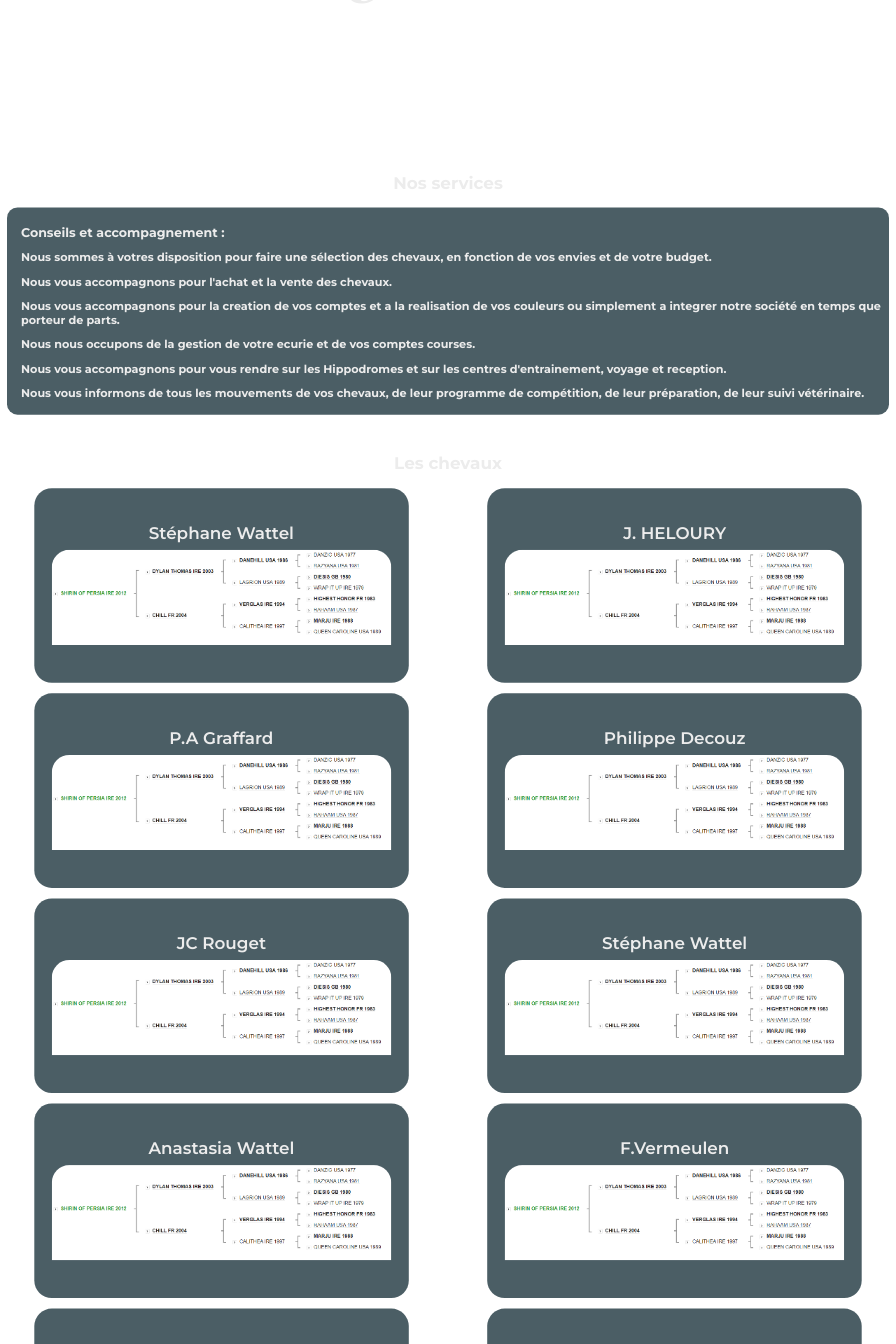
Repository: Vanitti/Site-web
Page: index.html
These files come from the project's save history. The page is drawn as it stood at one moment and after the next save; the edit follows.
The browser window is 1280 px wide. The pictures show the part of the page from y = 389 to 2309 px (the page is 4055 px tall), at 70% of full size.
Pictures or frames that could not be fetched are drawn as grey boxes. Some web libraries are served in a nearby version.

Above is the page before, as saved 2023-06-24 15:19:01.
Not found: app.js

### index.html
<!DOCTYPE html>
<html lang="fr">
<head>
    <meta charset="UTF-8">
    <meta name="viewport" content="width=device-width, initial-scale=1.0">
    <title>F&F Horses</title>
    <link rel="icon" href="images/couleur-t.png">
    <link rel="stylesheet" href="index.css">
    <script src="app.js"></script>
    <script src="https://cdnjs.cloudflare.com/ajax/libs/font-awesome/5.12.0-2/js/all.min.js"></script>
</head>
<body>
    <header class="header">
        <img src="images/couleur-t.png" alt="Logo du site">
        <nav class="nav">
            <li><a href="#accueil" class="transition">Accueil</a></li>
            <li><a href="#services" class="transition">Nos services</a></li>
            <li><a href="#chevaux" class="transition">Nos chevaux</a></li>
            <li><a href="#courses" class="transition">Le monde des courses</a></li>
            <li><a href="#histoire" class="transition">Histoire</a></li>
            <li><a href="#contact" class="transition">Contact</a></li>
            <li><a href="login.html">Se connecter</a></li>
        </nav>
    </header>

    <section  id="accueil">
        <div class="landing-page">
          <video class="video-container" id="background-video" autoplay loop muted><source src="images/video/F&F horses.mp4" type="video/mp4" ></video>
          <h1 class="big-title">F&F Horses</h1>
        </div>
    </section>


<!-- Nos services-->
<h1 id="services" class="section-title" >Nos services</h1>

<div class="s">
<h2 class="section-sous">Conseils et accompagnement :</h2>
<h3 class="texte">Nous sommes à votres disposition pour faire une sélection des chevaux, en fonction de vos envies et de votre budget.</h3>
<h3 class="texte">Nous vous accompagnons pour l'achat et la vente des chevaux.</h3>
<h3 class="texte">Nous vous accompagnons pour la creation de vos comptes et a la realisation de vos couleurs ou simplement a integrer notre société en temps que porteur de parts.</h3>
<h3 class="texte">Nous nous occupons de la gestion de votre ecurie et de vos comptes courses.</h3>
<h3 class="texte">Nous vous accompagnons pour vous rendre sur les Hippodromes et sur les centres d'entrainement, voyage et reception.</h3>
<h3 class="texte">Nous vous informons de tous les mouvements de vos chevaux, de leur programme de compétition, de leur préparation, de leur suivi vétérinaire.</h3>
</div>

<!-- Nos chevaux -->
<h1 id="chevaux" class="section-title" >Les chevaux</h1>

<div class="entraineur">
    <div ><h3 >Stéphane Wattel</h3><img class="cheval" src="images/chevaux/1.png"></div>
    <div ><h3 >J. HELOURY</h3><img class="cheval" src="images/chevaux/1.png"></div>
    <div ><h3 >P.A Graffard</h3><img class="cheval" src="images/chevaux/1.png"></div>
    <div ><h3 >Philippe Decouz</h3><img class="cheval" src="images/chevaux/1.png"></div>
    <div ><h3 >JC Rouget</h3><img class="cheval" src="images/chevaux/1.png"></div>
    <div ><h3 >Stéphane Wattel</h3><img class="cheval" src="images/chevaux/1.png"></div>
    <div ><h3 >Anastasia Wattel</h3><img class="cheval" src="images/chevaux/1.png"></div>
    <div ><h3 >F.Vermeulen</h3><img class="cheval" src="images/chevaux/1.png"></div>
    <div ><h3 >P&J Brandt</h3><img class="cheval" src="images/chevaux/1.png"></div>
    <div ><h3 >Peltier Franck</h3><img class="cheval" src="images/chevaux/1.png"></div>
</div>

<!-- Le monde des courses -->
<h1 id="courses" class="section-title" >Le monde des courses</h1>

<div class="c">
<h2 class="section-sous">Achat et vente des chevaux :</h2>
<h3 class="texte">A l'elevage, a l'amiable a l'entrainement, aux ventes aux enchères, pendant les courses dites a reclamer.</h3>
<h3 class="texte">Il est possible d'acquérir qu'un pourcentage sur un cheval, ce qui permet de minimiser les risques et d'avoir une écurie plus grande en nombre de chevaux.</h3>
<h3 class="texte">1 ou 4 chevaux à 25%.</h3>
</div>

<div class="c">
<h2 class="section-sous">Prix des chevaux :</h2>
<h3 class="texte">Il est difficle de donner un prix moyen, la valeur d'un cheval peut aller de quelques milliers d'euro a plusieurs millions. Raisonnablement, un cheval d'une valeur de 50 à 100 000 euro peut faire de belles courses. En principe plus la valeur du cheval est grande, plus il est susceptible de courir des courses de renom, les gains étant en rapport.</h3>
<h3 class="texte">En Un trotteur peut courir a partir de 2ans jusqu'a 10ans. Il doit atteindre un minimal chronometrique ( de 2 à 5ans) pour avoir le droit de courir sur un Hippodrome (environ 20 sur 2000 metres).</h3>
<h3 class="texte">Un pur-sang peut courir à partir de 2 ans pour les courses de plat et 3ans pour les courses d'obstacles, jusqu'a 6ans, la meilleure performance étant à 4ans.</h3>
<h3 class="texte">C'est l'entraineur qui décide a quelle course doit participer le cheval (en fonction de nombreux critères : age, sexe, distance, type de sol, concurrence, carriere du cheval...).</h3>
</div>

<div class="c">
<h2 class="section-sous">Gestion des courses :</h2>
<h3 class="texte">Les courses sont en réparties en 2 catégories :</h3>
<h3 class="texte">-Le trot, géré par le trotteur francais</h3>
<h3 class="texte">-Le galop et l'obstacle gérés par France Galop</h3>
<h3 class="texte">L'ensemble sous la tutelle du PMU. Les propriétaires peuvent étre en nom propre ou avoir des parts dans une société. Une demande doit etre faite aupres de la police judiciaire pour avoir droit au statut de "Propriétaire".</h3>
</div>

<div class="c">
<h2 class="section-sous">Fonctionnement :</h2>
<h3 class="texte">Un ecurie de chevaux de courses, c'est comme une équipe de Football, il faut des jeunes pour construire l'avenir et des chevaux d'age pour avoir des partants sur les hippodromes. Il faut tenir compte des blessures qui peuvent avoir de l'incidence dans l'organisation de l'ecurie, les chevaux de course étant des athletes a part entiere.</h3>
<h3 class="texte">-Le choix de la discipline est tres importante mais une ecurie peut avoir des chevaux dans les trois spécialités.</h3>
<h3 class="texte">Pour ma part, je trouve que le steeple-chase ainsi que les courses de haies sont trops dangereuses pour les chevaux où de nombreuses chutes sont fréquentes.</h3>
<h3 class="texte">-Les entraineurs peuvent etre choisi independamment par le cheval (ce qui n'est pas le cas dans une équipe de foot...), mais il est préferable de regrouper quelques chevaux chez un meme entraineur, ce qui facilite la communication ainsi que les visites des chevaux à l'entrainement.</h3>
</div>

<!-- Histoire -->
<h1 id="histoire" class="section-title" >Notre histoire</h1>

<div class="h">
<h3 class="texte">Dans le milieu du cheval depuis plus de 50 ans, Frederic Vanotti a été actif dans le monde des chevaux de course par le biais de son pere passionné egalement, propriétaire de nombreux gagnants et également élveur de pur-sang.</h3>
<h3 class="texte">Un rencontre en 2014 à provoqué la creation de la société F&F Horses. Un éleveur Normand de grande réputation a proposé des parts sur 2 poulains qui galopaient dans les prés.</h3>
<h3 class="texte">De retour en region Rhone-Alpes, un ami prit part a l'aventure afin de permettre a F&F Horses de voir le jou !.</h3>
<h3 class="texte">Depuis, de nombreux chevaux ont porté les couleurs de F&F Horses et l'entente avec le Haras Normand perdure toujours.</h3>
</div>

<!-- Footer -->

<footer id="contact" class="footer">
  <p class="HG">&copy; 2023 - F&F horses</p>
  <p class="HG"><a href="tel:+33 6 09 69 26 37">+33 6 09 69 26 37</a></p>
  <p class="HG"><a href="mailto:ffhorses01@gmail.com">ffhorses01@gmail.com</a></p>
  <p class="HG"><a href="Formulaire de contact.html">Formulaire de contact</a></p>
  <p class="HG">560 route de Maillat, 01430 Peyriat, France</p>
</footer>



<script src="app.js"></script>
</body>
</html>

### index.css
@import url('https://fonts.googleapis.com/css2?family=Montserrat:wght@100;200;300;400;500;600;700;800;900&display=swap');
@import url('https://fonts.googleapis.com/css2?family=Abril+Fatface&display=swap');
@import url('https://fonts.googleapis.com/css2?family=Roboto:wght@300&display=swap');

html {
  scroll-behavior: smooth;
}

body {
  margin: 0;
  padding: 0;
  font-family: 'Montserrat', sans-serif;
}

header {
  display: flex;
  align-items: center;
}

.scroll-down {
  color: white;
  text-decoration: none;
  position: absolute;
  bottom: 0;
}

/* Typographie */
.section-title {
    border-radius: 10px;
    font-size: 24px;
    font-weight: bold;
    text-align: center;
    border: 2px;
    border-color: #44566c;
    color: #ececec;
    margin-left: 35%;
    margin-right: 35%;
    margin-top: 50px;
    padding: 5px;
  }

  .section-sous {
    font-size: 18px;
    font-weight: bold;
    color: #ececec;
    margin-top: 20px;
    margin-left: 15px;
  }

  .texte {
    font-size: 16px;
    color: #ececec;
    margin-top: 10px;
    margin-left: 15px;
  }


/* Navigation */
nav.nav {
  z-index: 7;
  top: 10px;
  position: fixed;
  display: flex;
  list-style: none;
  justify-content: center;
  align-items: center;
  line-height: 30px;
  transition: all 0.3s ease;
  white-space: nowrap; /* Ajout de la propriété pour empêcher le retour à la ligne */
  background-color: #201b22;
  opacity: 0.75;
  padding: 15px;
  left: 150px;
  right: 15px;
  border-radius: 15px;
  justify-content: space-between;
}

nav.nav li a {
  justify-content: space-between;
  text-decoration: none;
  font-weight: 600;
  transition: all 0.3s ease;
  color: #ececec;
  font-size: 20px;
  margin: 0; /* Supprimer les marges horizontales des liens */
}

nav.nav li a:hover {
  color: #4b5e65; /* Changement de couleur au survol */
  background-color: #ececec; /* Changement de couleur d'arrière-plan au survol */
  border-radius: 5px;
  padding: 5px;
}

/* Accueil */
header img {
  width: 150px;
  height: 150px;
  top: 0;
  left: 0;
  position: absolute;
}

.top-page {
  background: url('images/galoubet1.jpg');
  background-size: cover;
  height: 80vh;
  padding: 25px;
  z-index: -2;
}

#background-video {
  width: 100%;
  height: 80vh;
  object-fit: cover;
  background-size: cover;
  height: 80vh;
  z-index: -2;
  position: relative;
}

.big-title {
    color: #ececec;
    font-size: 140px;
    font-family: 'Abril Fatface', cursive;
    font-weight: 100;
    position: absolute;
    top: 0;
    transform: translate(50%, 50%);
  }

/* Nos chevaux */
#chevaux {
    font-size: 24px;
    font-weight: bold;
    text-align: center;
    margin-top: 50px;
  }

  .entraineur {
    display: grid;
    grid-template-columns: 1fr 1fr;
    grid-gap: 15px;
    justify-items: center;
    align-items: center;
    margin-top: 15px;
  }

  .entraineur div {
    text-align: center;
    background-color: #4b5e65;
    padding: 25px;
    border-radius: 25px;
  }

  .entraineur img {
    border-radius: 25px;
    max-width: 100%;
    height: auto;
    padding-bottom: 25px;
  }

  .entraineur h3 {
    font-size: 24px;
    font-weight: 600;
    margin-bottom: 10px;
    color: #ececec;
  }

/* div */
.c {
    background-color: #4b5e65;
    margin: 10px;
    border-radius: 15px;
    padding: 5px;
}

.s {
    background-color:#4b5e65;
    margin: 10px;
    border-radius: 15px;
    padding: 5px;
}

.h {
    background-color: #4b5e65;
    margin: 10px;
    border-radius: 15px;
    padding: 5px;
}

/* footer */
footer {
    margin-top: 30px ;
    display: flex;
    justify-content: center;
    align-items: center;
    flex-wrap: wrap;
    padding: 15px;
    background-color: #313131;
  }

  footer p {
    margin: 0 10px;
    color: #f1f1f1;
  }

  .HG a {
    color: #f1f1f1;
    text-decoration: none;
  }

  .HG a:hover {
    color: white;
    font-weight: bold;
    transition: 0.3s;
  }

After the next save:
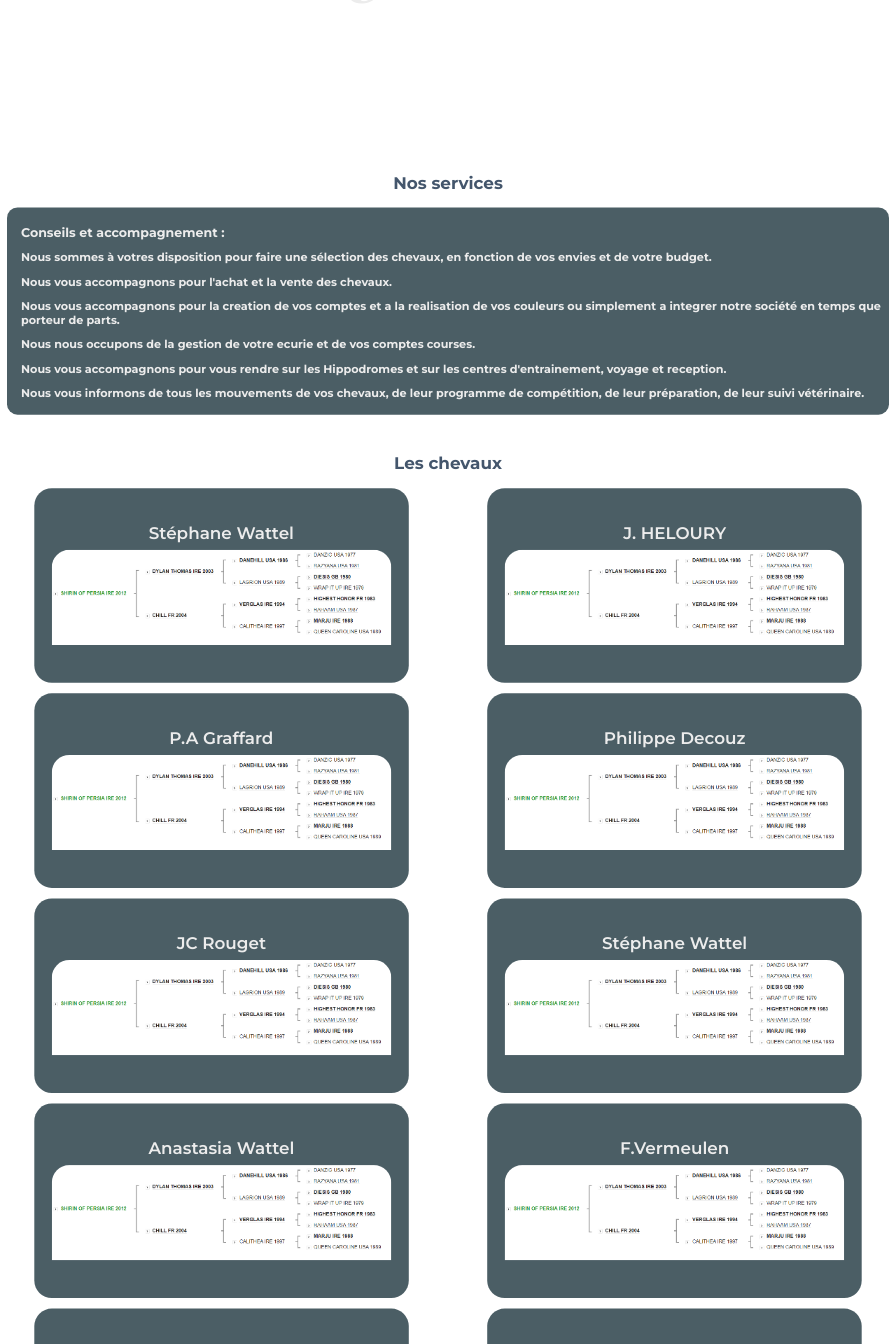
Saved 13 s later.
--- a/index.css
+++ b/index.css
@@ -32,7 +32,7 @@ header {
     text-align: center;
     border: 2px;
     border-color: #44566c;
-    color: #ececec;
+    color: #44566c;
     margin-left: 35%;
     margin-right: 35%;
     margin-top: 50px;
